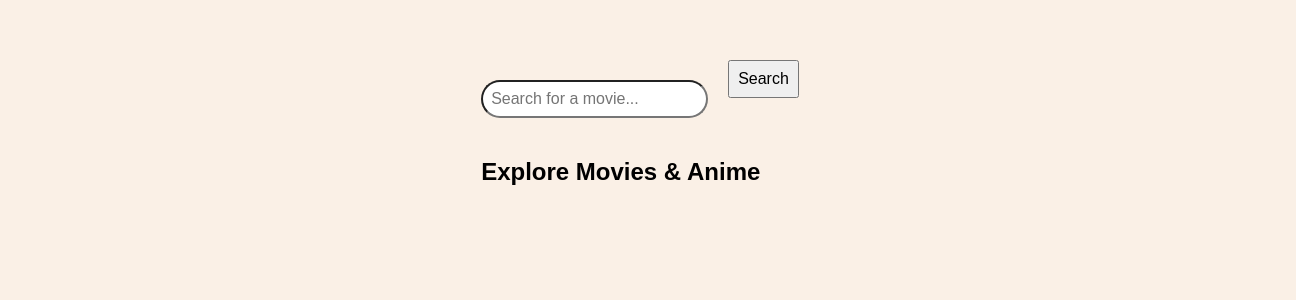
Repository: Femi007-gh/movie-API
Page: index.html
These files come from the project's save history. The page is drawn as it stood at one moment and after the next save; the edit follows.
The browser window is 1280 px wide. The page is 1280 px wide, then 1296 px, so the pictures cover 1296 px, including what lies to the right of the window. The pictures show the whole page.
The page's requests for data from a server got no answer.

Above is the page before, as saved 2025-05-09 08:53:26.

### index.html
<html>
  <head>
    <title>Movie Search</title>
    <link rel="stylesheet" href="style.css">
  </head>
  <body>
 <main>
  <div class="search-bar">
    <input type="text" id="searchInput" placeholder="Search for a movie...">
    <button>Search</button>
  </div>

  <div id="SearchResult"></div>
  <h2 style="margin-top: 40px;">Explore Movies & Anime</h2>
  <div id="MoviesGrid" class="grid-container"></div>
</main>
    <script src="script.js"></script>
  </body>
</html>

### style.css
body {
  font-family: Arial, Helvetica, sans-serif;
  margin: 0;
  padding: 0;
  display: flex;
  flex-direction: column;
  align-items: center;
  background-color: linen;
}

header {
  width: 100%;
  background-color: green;
  color: #fff;
  padding: 1rem;
  text-align: center;
  font-size: 20px;
}

input {
  padding: 0.5rem;
  font-size: 1rem;
  border-radius: 20px;
  margin-top: 40px;
}

button {
  padding: 0.5rem;
  font-size: 1rem;
  cursor: pointer;
  margin-left: 10px;
}

#MoviesGrid {
  display: grid;
  grid-template-columns: repeat(4, 1fr);
  gap: 20px;
  padding: 20px;
  max-width: 1200px;
}

.grid-container img {
  width: 100%;
  border-radius: 10px;
  transition: transform 0.3s;
}

.grid-container img:hover {
  transform: scale(1.05);
}

#SearchResult {
  margin-top: 40px;
  text-align: center;
}

.search-bar {
  display: flex;
  justify-content: center;
  align-items: center;
  margin-top: 40px;
  gap: 10px;
}

### script.js
const movieTitles = [
  "Inception", "The Dark Knight", "The Avengers", "Titanic",
  "The Matrix", "Frozen", "Avatar", "Toy Story",
  "Black Panther", "Joker", "Naruto", "Bleach",
  "One Piece", "Your Name", "Spirited Away", "Attack on Titan",
  "Death Note", "My Hero Academia", "Demon Slayer", "Dragon Ball Z"
];

const moviesGrid = document.getElementById("MoviesGrid");
const searchInput = document.getElementById("searchInput");
const searchButton = document.querySelector("button");
const searchResult = document.getElementById("SearchResult");

const apiKey = "c915027";

// Load all 20 posters on page load
movieTitles.forEach(title => {
  fetch(`https://www.omdbapi.com/?apikey=${apiKey}&t=${encodeURIComponent(title)}`)
    .then(res => res.json())
    .then(data => {
      if (data.Response === "True") {
        const img = document.createElement("img");
        img.src = data.Poster;
        img.alt = data.Title;
        moviesGrid.appendChild(img);
      }
    });
});

// Search button functionality
searchButton.onclick = function () {
  const movieName = searchInput.value.trim();

  if (movieName === '') {
    searchResult.innerHTML = '<p>Please enter a movie name.</p>';
    return;
  }

  fetch(`https://www.omdbapi.com/?apikey=${apiKey}&t=${encodeURIComponent(movieName)}`)
    .then(response => response.json())
    .then(data => {
      if (data.Response === "True") {
        searchResult.innerHTML = `
          <h2>${data.Title} (${data.Year})</h2>
          <img src="${data.Poster}" alt="${data.Title}" style="max-width: 200px; border-radius: 10px;">
          <p><strong>Genre:</strong> ${data.Genre}</p>
          <p><strong>Actors:</strong> ${data.Actors}</p>
          <p><strong>Plot:</strong> ${data.Plot}</p>
        `;
      } else {
        searchResult.innerHTML = `<p>Movie not found. Try another title.</p>`;
      }
    })
    .catch(error => {
      searchResult.innerHTML = `<p>Error fetching movie data.</p>`;
      console.error('Error:', error);
    });
};

After the next save:
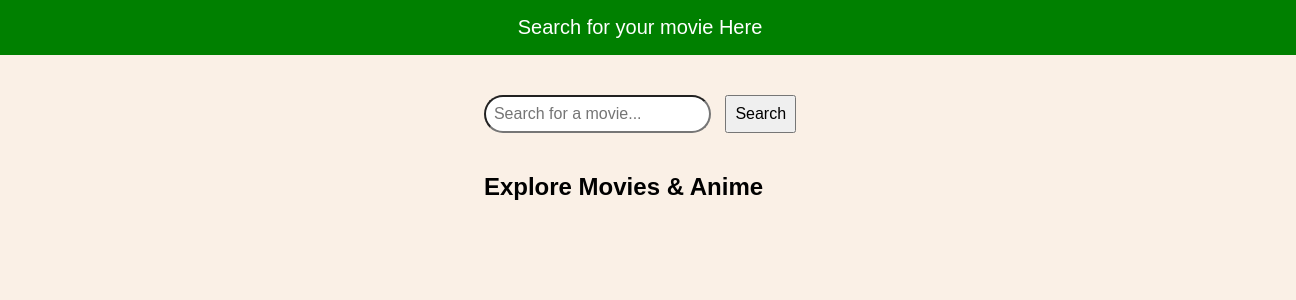
Saved 13 s later.
--- a/index.html
+++ b/index.html
@@ -4,16 +4,15 @@
     <link rel="stylesheet" href="style.css">
   </head>
   <body>
- <main>
-  <div class="search-bar">
-    <input type="text" id="searchInput" placeholder="Search for a movie...">
-    <button>Search</button>
-  </div>
+    <header>Search for your movie Here</header>
+    <main>
+      <input type="text" id="searchInput" placeholder="Search for a movie...">
+      <button>Search</button>
 
-  <div id="SearchResult"></div>
-  <h2 style="margin-top: 40px;">Explore Movies & Anime</h2>
-  <div id="MoviesGrid" class="grid-container"></div>
-</main>
+      <div id="SearchResult"></div> <!-- Where searched result shows -->
+      <h2 style="margin-top: 40px;">Explore Movies & Anime</h2>
+      <div id="MoviesGrid" class="grid-container"></div> <!-- Posters go here -->
+    </main>
     <script src="script.js"></script>
   </body>
 </html>
